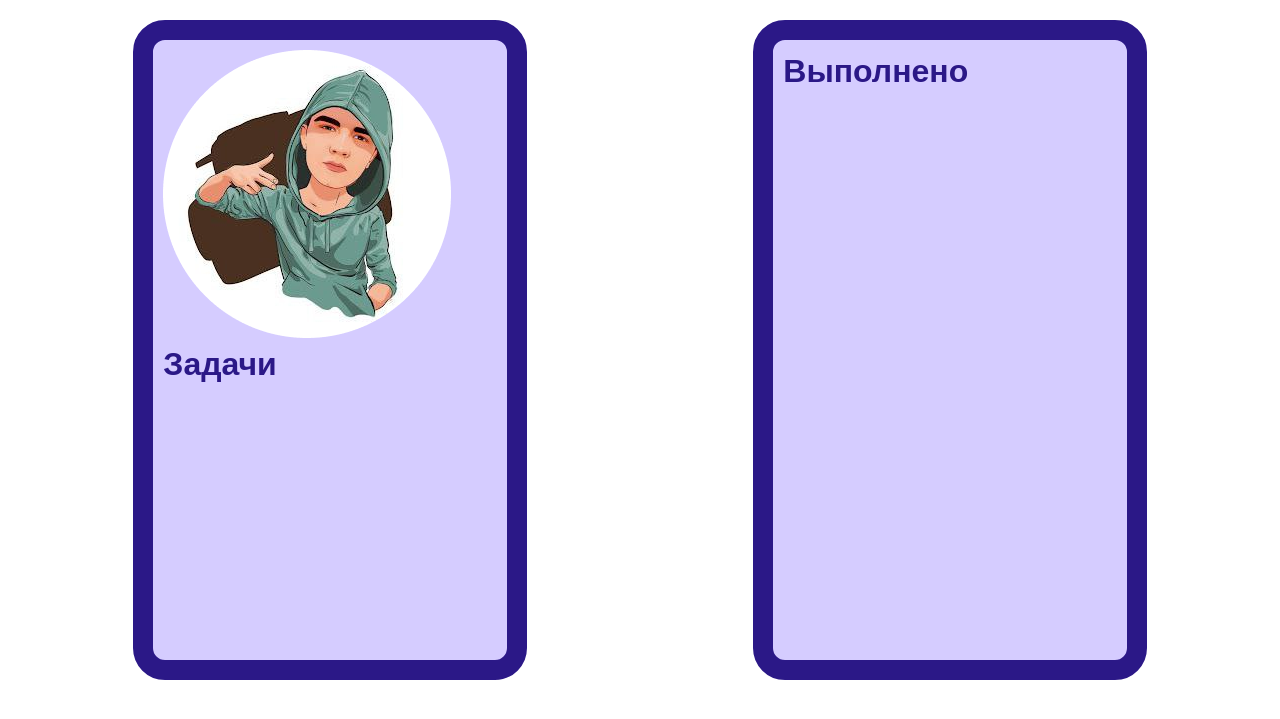
Repository: VitasYo/Kanban
Page: index.html
An editor plug-in stored every save of this project. The page is shown before and after a run of saves, followed by the edit.
The browser window is 1280 px wide. The pictures show the whole page.

Above is the page before, as saved 2024-04-11 11:12:51.

### index.html
<!DOCTYPE html>
<html lang="en">
<head>
  <meta charset="UTF-8">
  <meta name="viewport" content="width=device-width, initial-scale=1.0">
  <link rel="stylesheet" href="./src/assets/css/index.css">
  <title>To-Do-List-Kanban</title>
</head>
<body>
  <main class="kanban">
    <section class="kanban__column kanban__column--to-do">
      <div class="kanban__title_and_icon">
        <img src="src/assets/img/Avatar.jpg" alt="Аватар">
        <h2 class="kanban__title">Задачи</h2>
      </div>

    </section>

    <section class="kanban__column kanban__column--done">
      <h2 class="kanban__title">Выполнено</h2>
    </section>
  </main>
  </body>
<script src="./src/assets/js/index.js"></script>
</html>

### src/assets/css/index.css
@import url('https://fonts.googleapis.com/css2?family=DM+Sans:opsz,wght@9..40,100;9..40,200;9..40,300;9..40,400;9..40,500;9..40,600;9..40,700;9..40,800;9..40,900;9..40,1000&display=swap');
@import './component/_header.css';
@import './component/_kanban.css';
@import './_media.css';



* {
  font-family: 'DM Sans', sans-serif;
}

* {
  box-sizing: border-box;
  margin: 0;
  padding: 0;
}

body {
  font-family: 'Arial', sans-serif;
  background-color: white;
  color: white;
  display: flex;
  flex-direction: column;
  min-height: 100vh;
}


.header__title,
.footer__text {
  margin: 0;
  padding: 10px 0;
}

.container {
  width: 100%;
  padding-right: 15px;
  padding-left: 15px;
  margin-right: auto;
  margin-left: auto;
}

### src/assets/css/component/_kanban.css
.kanban {
    display: flex;
    flex-wrap: wrap;
    padding: 20px;
    justify-content: space-around;
    flex-grow: 1;
}

.kanban__column {
    flex: 0 0 100%;
    background-color: #D5CCFF;
    border-radius: 32px;
    border: 20px solid #2B1887;
    padding: 10px;
    margin: 0 10px 20px;
}

.kanban__title {
    color: #2B1887;
    font-size: 32px;
    padding-bottom: 10px;
    margin-bottom: 10px;
}

### src/assets/css/_media.css
@media (min-width: 576px) {
    .container {
        max-width: 540px;
    }
}

@media (min-width: 768px) {
    .container {
        max-width: 720px;
    }
}

@media (min-width: 992px) {
    .container {
        max-width: 960px;
    }
}

@media (min-width: 1200px) {
    .container {
        max-width: 1140px;
    }
}

@media (min-width: 1400px) {
    .container {
        max-width: 1320px;
    }
}

@media screen and (min-width: 640px) {
    .kanban__column {
        flex: 0 0 calc(33.333% - 20px);
    }
}

Loaded but not shown: src/assets/js/index.js (no stored copy; drawn as an empty file); src/assets/css/component/_header.css (no stored copy; drawn as an empty file)

After the next 2 saves:
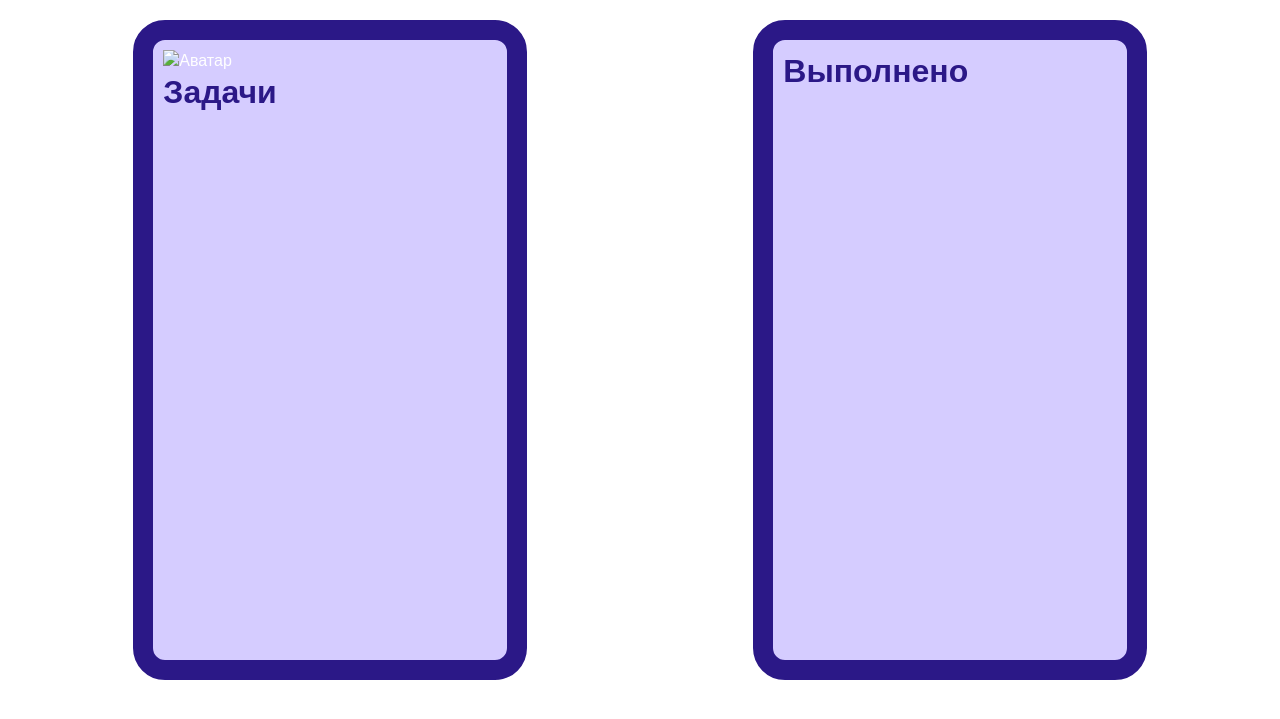
Not found: src/assets/img/Avatar.png
The 2 saves are shown as one change because they came seconds apart.
The last was saved 16 min 38 s later.
--- a/index.html
+++ b/index.html
@@ -10,7 +10,7 @@
   <main class="kanban">
     <section class="kanban__column kanban__column--to-do">
       <div class="kanban__title_and_icon">
-        <img src="src/assets/img/Avatar.jpg" alt="Аватар">
+        <img src="src/assets/img/Avatar.png" alt="Аватар">
         <h2 class="kanban__title">Задачи</h2>
       </div>
 
